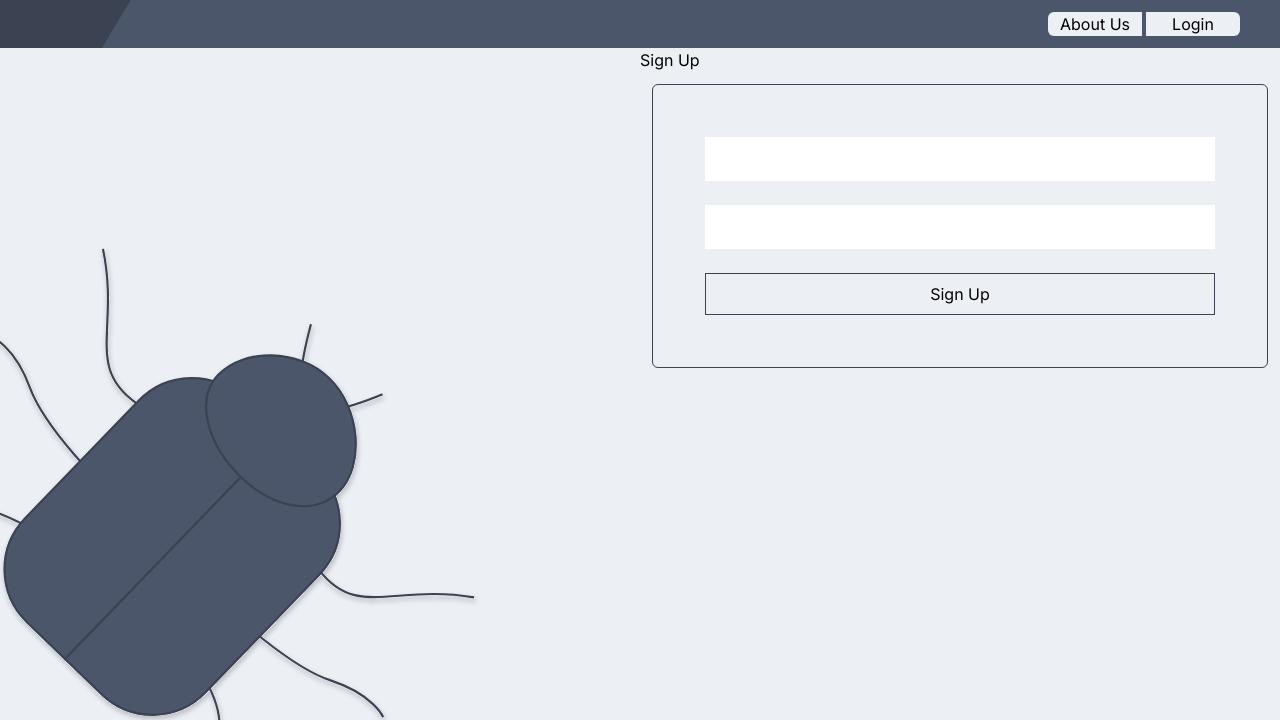
Repository: Qu4ntumGuy/project-bug
Page: /signup
These files come from the project's save history. The page is drawn as it stood at one moment and after the next save; the edit follows.
The browser window is 1280 px wide. The pictures show the whole page.
The project was rebuilt for these pictures with package versions that can differ from the ones it lists, and the page was loaded fresh each time. The framework's server and built-in components were replaced by stand-ins that run in the browser. Also part of the build but not shown: next.config.mjs, src/components/Diamond.module.css, src/components/Navbar.js.

Above is the page before, as saved 2024-02-13 23:43:33.

After the next save:
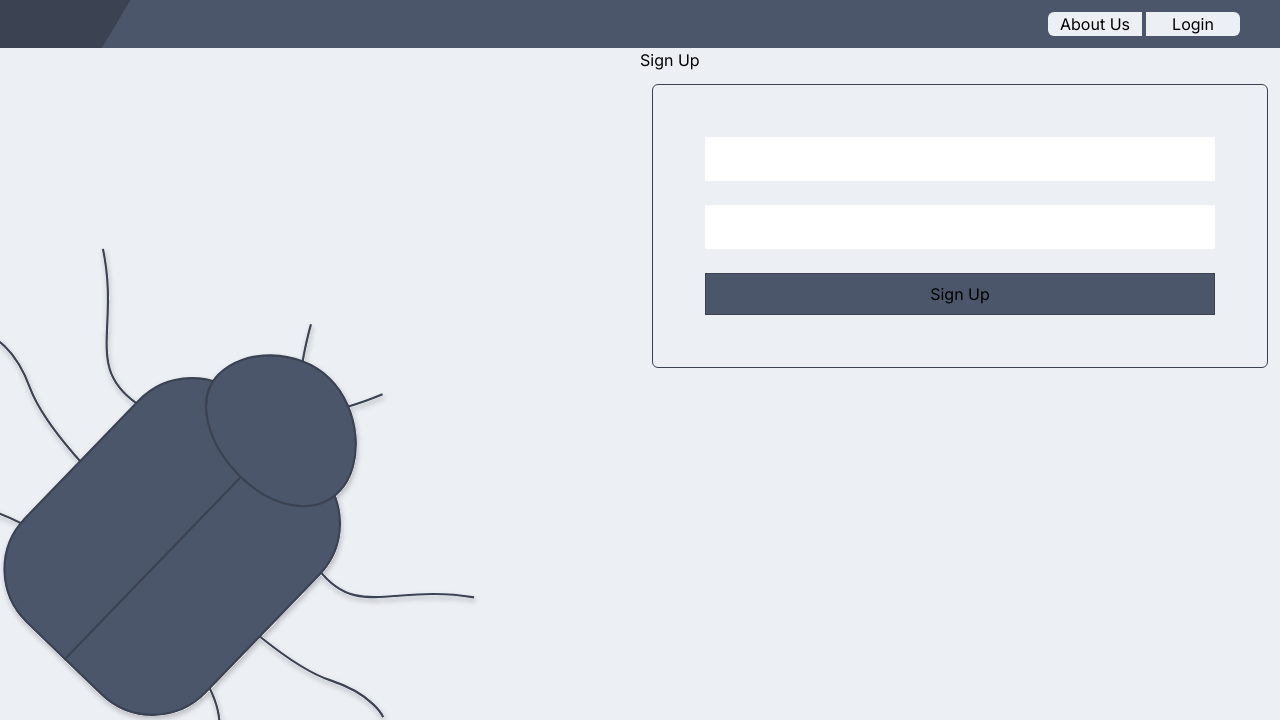
Saved 42 s later.
--- a/src/app/signup/page.js
+++ b/src/app/signup/page.js
@@ -17,7 +17,9 @@ export default function Signup() {
         <form className="flex m-3 p-10 flex-col border border-[#3B4252] rounded-md">
           <input className="m-3 p-2 text-xl" type="text" />
           <input className="m-3 p-2 text-xl" type="email" />
-          <button className="m-3 p-2 border border-[#3B4252]">Sign Up</button>
+          <button className="m-3 p-2 border border-[#3B4252] bg-[#4C566A]">
+            Sign Up
+          </button>
         </form>
       </div>
     </div>
